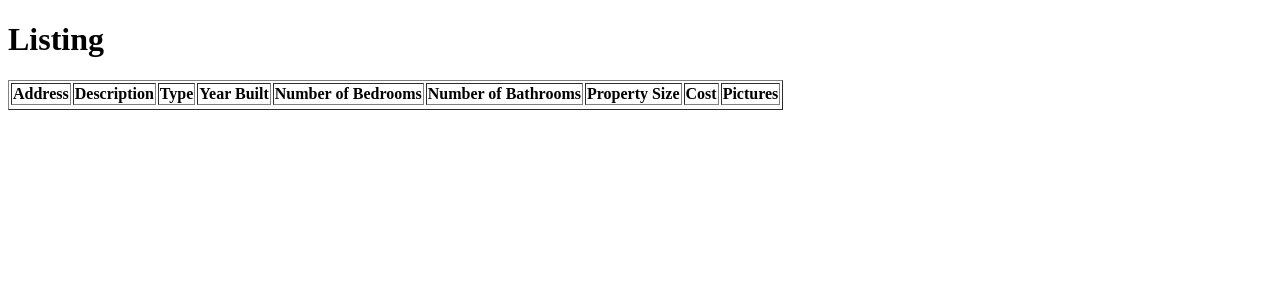
Repository: rickytorrez/test
Page: http://localhost/dcHome/WEB-INF/listings.jsp
The author's editor kept a copy of each file at every save. The page is drawn from the files as they stood at one save, then again after the next save.
The browser window is 1280 px wide. The pictures show the whole page.
The page is served by Tomcat 9. Nobody is signed in. The template is opened directly, without the code that normally fills it, so the values that code supplies are empty.

Above is the page before, as saved 2018-05-31 20:17:30.

After the next save:
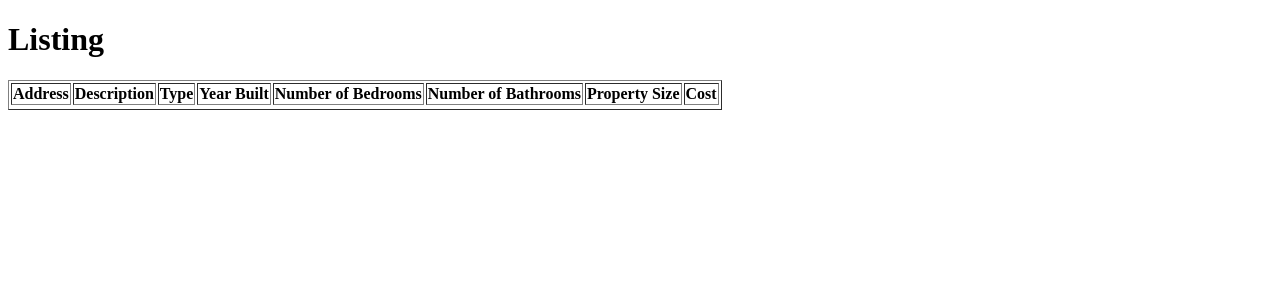
Saved 33 s later.
--- a/dcHome/src/main/webapp/WEB-INF/listings.jsp
+++ b/dcHome/src/main/webapp/WEB-INF/listings.jsp
@@ -22,7 +22,6 @@
 					<th>Number of Bathrooms</th>
 					<th>Property Size</th>
 					<th>Cost</th>
-					<th>Pictures</th>
 				</tr>
 				<c:forEach items="${listings}" var="listing">
 				<tr>
